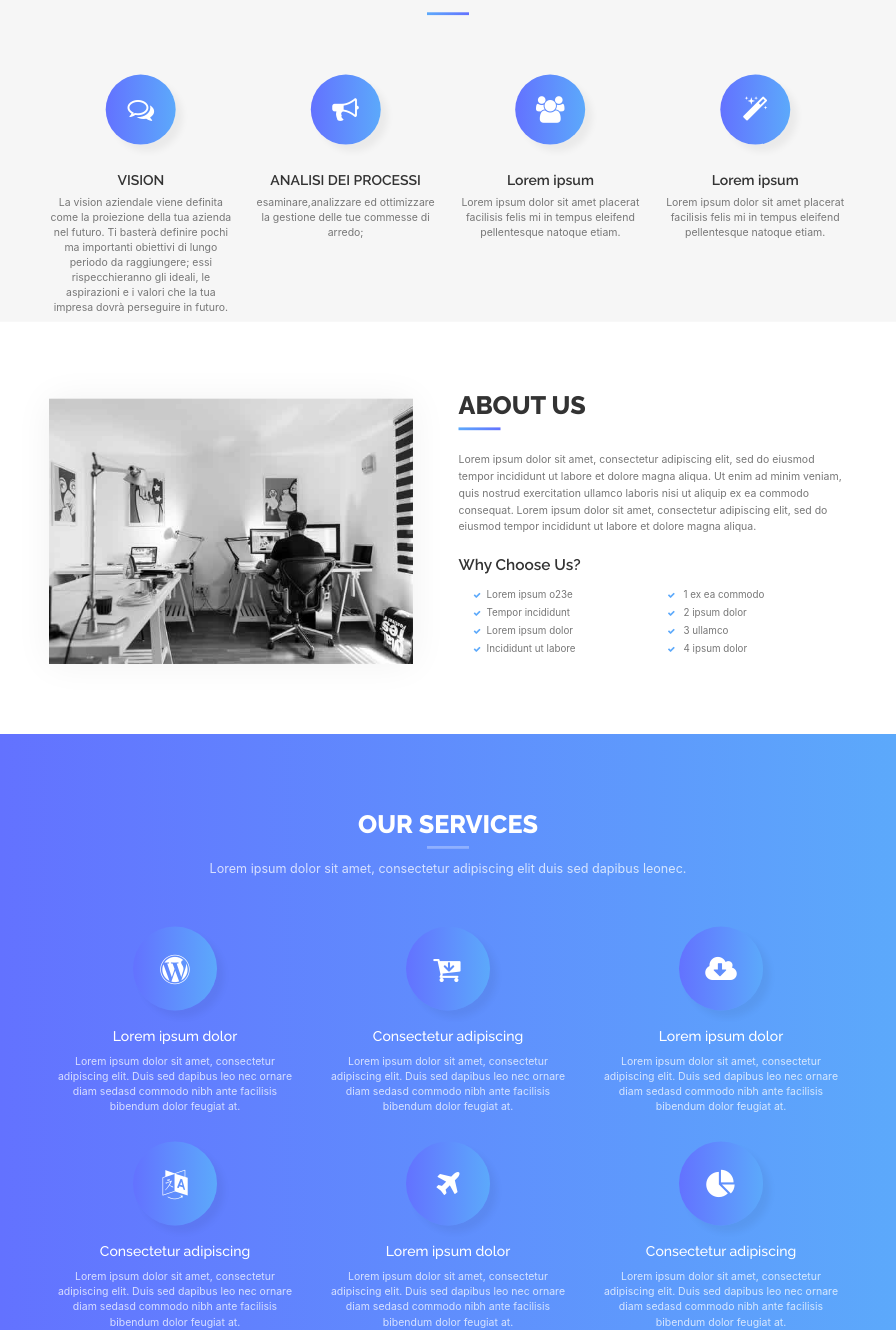
Repository: andrealepori/digitize-reactapp
Page: /
The author's editor kept a copy of each file at every save. The page is drawn from the files as they stood at one save, then again after a run of saves.
The browser window is 1280 px wide. The pictures show the part of the page from y = 1071 to 2971 px (the page is 5696 px tall), at 70% of full size.
The project was rebuilt for these pictures with package versions that can differ from the ones it lists, and the page was loaded fresh each time.

Above is the page before, as saved 2021-09-21 14:53:16.

### public/index.html
<head>
  <meta charset="utf-8" />
  <meta name="viewport" content="width=device-width, initial-scale=1" />
  <link rel="shortcut icon" href="img/favicon.ico" type="image/x-icon" />
  <link rel="apple-touch-icon" href="img/apple-touch-icon.png" />
  <link href="https://use.fontawesome.com/releases/v5.15.1/css/all.css" rel="stylesheet" />
  <link
    rel="apple-touch-icon"
    sizes="72x72"
    href="img/apple-touch-icon-72x72.png"
  />
  <link
    rel="apple-touch-icon"
    sizes="114x114"
    href="img/apple-touch-icon-114x114.png"
  />

  <link rel="stylesheet" type="text/css" href="css/bootstrap.css" />
  <link
    rel="stylesheet"
    type="text/css"
    href="fonts/font-awesome/css/font-awesome.css"
  />
  <link rel="stylesheet" type="text/css" href="css/style.css" />
  <link
    rel="stylesheet"
    type="text/css"
    href="css/nivo-lightbox/nivo-lightbox.css"
  />
  <link rel="stylesheet" type="text/css" href="css/nivo-lightbox/default.css" />
  <link
    href="https://fonts.googleapis.com/css?family=Open+Sans:300,400,600,700"
    rel="stylesheet"
  />
  <link
    href="https://fonts.googleapis.com/css?family=Lato:400,700"
    rel="stylesheet"
  />
  <link
    href="https://fonts.googleapis.com/css?family=Raleway:300,400,500,600,700,800,900"
    rel="stylesheet"
  />
  <title>DIGITIZE</title>
  <meta name="description" content="" />
  <meta name="author" content="@andrealepori" />
</head>

<body id="page-top" data-spy="scroll" data-target=".navbar-fixed-top">
  <div id="root"></div>




  <script type="text/javascript" src="js/jquery.1.11.1.js"></script>
  <script type="text/javascript" src="js/bootstrap.js"></script>
</body>

### src/App.jsx
import { useState, useEffect } from "react";
import { Navigation } from "./components/navigation";
import { Header } from "./components/header";
import { Features } from "./components/features";
import { About } from "./components/about";
import { Services } from "./components/services";
import { Gallery } from "./components/gallery";
import { Testimonials } from "./components/testimonials";
import { Team } from "./components/Team";
import { Contact } from "./components/contact";
import JsonData from "./data/data.json";
import SmoothScroll from "smooth-scroll";
import "./App.css";

export const scroll = new SmoothScroll('a[href*="#"]', {
  speed: 1000,
  speedAsDuration: true,
});

const App = () => {
  const [landingPageData, setLandingPageData] = useState({});
  useEffect(() => {
    setLandingPageData(JsonData);
  }, []);

  return (
    <div>
      <Navigation />
      <Header data={landingPageData.Header} />
      <Features data={landingPageData.Features} />
      <About data={landingPageData.About} />
      <Services data={landingPageData.Services} />
      <Gallery data={landingPageData.Gallery}/>
      <Testimonials data={landingPageData.Testimonials} />
      <Team data={landingPageData.Team} />
      <Contact data={landingPageData.Contact} />

    </div>
  );
};

export default App;

### src/components/navigation.jsx
export const Navigation = (props) => {
  return (
    <nav id='menu' className='navbar navbar-default navbar-fixed-top'>
      <div className='container'>
        <div className='navbar-header'>
          <button
            type='button'
            className='navbar-toggle collapsed'
            data-toggle='collapse'
            data-target='#bs-example-navbar-collapse-1'
          >
            {' '}
            <span className='sr-only'>Toggle navigation</span>{' '}
            <span className='icon-bar'></span>{' '}
            <span className='icon-bar'></span>{' '}
            <span className='icon-bar'></span>{' '}
          </button>

          <a className='navbar-brand page-scroll' href='#page-top'>

          </a>{' '}
        </div>

        <div
          className='collapse navbar-collapse'
          id='bs-example-navbar-collapse-1'
        >
          <img src="img/logo.png" width="17%" height="auto"></img>
          <ul className='nav navbar-nav navbar-right'>
            <li>
              <a href='#features' className='page-scroll'>
                Features
              </a>
            </li>
            <li>
              <a href='#about' className='page-scroll'>
                About
              </a>
            </li>
            <li>
              <a href='#services' className='page-scroll'>
                Services
              </a>
            </li>
            <li>
              <a href='#portfolio' className='page-scroll'>
                Gallery
              </a>
            </li>
            <li>
              <a href='#testimonials' className='page-scroll'>
                Testimonials
              </a>
            </li>
            <li>
              <a href='#team' className='page-scroll'>
                Team
              </a>
            </li>
            <li>
              <a href='#contact' className='page-scroll'>
                Contact
              </a>
            </li>
          </ul>
        </div>
      </div>
    </nav>
  )
}

### src/components/header.jsx
export const Header = (props) => {
  return (
    <header id='header'>
      <div className='intro'>
        <div className='overlay'>
          <div className='container'>
            <div className='row'>
              <div className='col-md-8 col-md-offset-2 intro-text'>
                <h1>
                  {props.data ? props.data.title : 'Loading'}
                  <span></span>
                </h1>
                <p>{props.data ? props.data.paragraph : 'Loading'}</p>
                <a
                  href='#features'
                  className='btn btn-custom btn-lg page-scroll'
                >
                  Learn More
                </a>{' '}
              </div>
            </div>
          </div>
        </div>
      </div>
    </header>
  )
}

### src/components/about.jsx
export const About = (props) => {
  return (
    <div id="about">
      <div className="container">
        <div className="row">
          <div className="col-xs-12 col-md-6">
            {" "}
            <img src="img/about.jpg" className="img-responsive" alt="" />{" "}
          </div>
          <div className="col-xs-12 col-md-6">
            <div className="about-text">
              <h2>About Us</h2>
              <p>{props.data ? props.data.paragraph : "loading..."}</p>
              <h3>Why Choose Us?</h3>
              <div className="list-style">
                <div className="col-lg-6 col-sm-6 col-xs-12">
                  <ul>
                    {props.data
                      ? props.data.Why.map((d, i) => (
                          <li key={`${d}-${i}`}>{d}</li>
                        ))
                      : "loading"}
                  </ul>
                </div>
                <div className="col-lg-6 col-sm-6 col-xs-12">
                  <ul>
                    {props.data
                      ? props.data.Why2.map((d, i) => (
                          <li key={`${d}-${i}`}> {d}</li>
                        ))
                      : "loading"}
                  </ul>
                </div>
              </div>
            </div>
          </div>
        </div>
      </div>
    </div>
  );
};

### src/components/services.jsx
export const Services = (props) => {
  return (
    <div id='services' className='text-center'>
      <div className='container'>
        <div className='section-title'>
          <h2>Our Services</h2>
          <p>
            Lorem ipsum dolor sit amet, consectetur adipiscing elit duis sed
            dapibus leonec.
          </p>
        </div>
        <div className='row'>
          {props.data
            ? props.data.map((d, i) => (
                <div key={`${d.name}-${i}`} className='col-md-4'>
                  {' '}
                  <i className={d.icon}></i>
                  <div className='service-desc'>
                    <h3>{d.name}</h3>
                    <p>{d.text}</p>
                  </div>
                </div>
              ))
            : 'loading'}
        </div>
      </div>
    </div>
  )
}

### src/components/gallery.jsx
import { Image } from "./image";

export const Gallery = (props) => {
  return (
    <div id='portfolio' className='text-center'>
      <div className='container'>
        <div className='section-title'>
          <h2>Gallery</h2>
          <p>
            Lorem ipsum dolor sit amet, consectetur adipiscing elit duis sed
            dapibus leonec.
          </p>
        </div>
        <div className='row'>
          <div className='portfolio-items'>
            {props.data
              ? props.data.map((d, i) => (
                <div key={`${d.title}-${i}`} className='col-sm-6 col-md-4 col-lg-4'>
                  <Image title={d.title} largeImage={d.largeImage} smallImage={d.smallImage} />
                </div>
              ))
              : 'Loading...'}
          </div>
        </div>
      </div>
    </div>
  )
}

### src/components/testimonials.jsx
export const Testimonials = (props) => {
  return (
    <div id='testimonials'>
      <div className='container'>
        <div className='section-title text-center'>
          <h2>What our clients say</h2>
        </div>
        <div className='row'>
          {props.data
            ? props.data.map((d, i) => (
                <div key={`${d.name}-${i}`} className='col-md-4'>
                  <div className='testimonial'>
                    <div className='testimonial-image'>
                      {' '}
                      <img src={d.img} alt='' />{' '}
                    </div>
                    <div className='testimonial-content'>
                      <p>"{d.text}"</p>
                      <div className='testimonial-meta'> - {d.name} </div>
                    </div>
                  </div>
                </div>
              ))
            : 'loading'}
        </div>
      </div>
    </div>
  )
}

### src/components/Team.jsx
export const Team = (props) => {
  return (
    <div id='team' className='text-center'>
      <div className='container'>
        <div className='col-md-8 col-md-offset-2 section-title'>
          <h2>Meet the Team</h2>
          <p>
            Lorem ipsum dolor sit amet, consectetur adipiscing elit duis sed
            dapibus leonec.
          </p>
        </div>
        <div id='row'>
          {props.data
            ? props.data.map((d, i) => (
                <div key={`${d.name}-${i}`} className='col-md-3 col-sm-6 team'>
                  <div className='thumbnail'>
                    {' '}
                    <img src={d.img} alt='...' className='team-img' />
                    <div className='caption'>
                      <h4>{d.name}</h4>
                      <p>{d.job}</p>
                    </div>
                  </div>
                </div>
              ))
            : 'loading'}
        </div>
      </div>
    </div>
  )
}

### src/components/contact.jsx
import { useState } from 'react'

import emailjs from 'emailjs-com'

const initialState = {
  name: '',
  email: '',
  message: '',
}
export const Contact = (props) => {
  const [{ name, email, message }, setState] = useState(initialState)

  const handleChange = (e) => {
    const { name, value } = e.target
    setState((prevState) => ({ ...prevState, [name]: value }))
  }
  const clearState = () => setState({ ...initialState })

  const handleSubmit = (e) => {
    e.preventDefault()
    console.log(name, email, message)
    emailjs
      .sendForm(
        'YOUR_SERVICE_ID', 'YOUR_TEMPLATE_ID', e.target, 'YOUR_USER_ID'
      )
      .then(
        (result) => {
          console.log(result.text)
          clearState()
        },
        (error) => {
          console.log(error.text)
        }
      )
  }
  return (

  <footer class="bg-light text-center text-white">

  <div className="container p-4 pb-0">



      <a clssName="btn btn-primary btn-floating m-1"

        href="#!"
        role="button"
        ><i className="fab fa-facebook-f"></i> </a>

      <a
        className="btn btn-primary btn-floating m-1"

        href="#!"
        role="button"
        ><i className="fab fa-twitter"></i></a>
      <a
        className="btn btn-primary btn-floating m-1"


        href="#!"
        role="button"
        ><i className="fab fa-google"></i></a>
      <a
        className="btn btn-primary btn-floating m-1"


        href="#!"
        role="button"
        ><i className="fab fa-instagram"></i></a>
      <a
        className="btn btn-primary btn-floating m-1"

        href="#!"
        role="button"
        ><i className="fab fa-linkedin-in"></i></a>
      <a
        className="btn btn-primary btn-floating m-1"

        href="#!"
        role="button"
        ><i className="fab fa-github"></i></a>
  </div>

</footer>
  )
}

### src/data/data.json
{
  "Header": {
    "title": "DIGITALIZZAZIONE DI IMPRESE ",
    "paragraph": "Digitalizzazione è sinonimo di miglioramento e velocizzazione dei processi aziendali, ma anche di dematerializzazione degli ambienti lavorativi e dei documenti d’impresa. Infatti, proprio come è accaduto in seguito all’emergenza Covid, molte realtà hanno sperimentato lo Smart Working e la gestione delle attività da remoto, mentre altre hanno aperto le porte del proprio business alla vendita online."
  },
  "About": {
    "paragraph": "Lorem ipsum dolor sit amet, consectetur adipiscing elit, sed do eiusmod tempor incididunt ut labore et dolore magna aliqua. Ut enim ad minim veniam, quis nostrud exercitation ullamco laboris nisi ut aliquip ex ea commodo consequat. Lorem ipsum dolor sit amet, consectetur adipiscing elit, sed do eiusmod tempor incididunt ut labore et dolore magna aliqua.",
    "Why": [
      "Lorem ipsum o23e",
      "Tempor incididunt",
      "Lorem ipsum dolor",
      "Incididunt ut labore"
    ],
    "Why2": [
      "1 ex ea commodo",
      "2 ipsum dolor",
      "3 ullamco",
      "4 ipsum dolor"
    ]
  },
  "Gallery": [
    {
      "title": "Project Title",
      "largeImage": "img/portfolio/01-large.jpg",
      "smallImage": "img/portfolio/01-small.jpg"
    },
    {
      "title": "Project Title",
      "largeImage": "img/portfolio/02-large.jpg",
      "smallImage": "img/portfolio/02-small.jpg"
    },
    {
      "title": "Project Title",
      "largeImage": "img/portfolio/03-large.jpg",
      "smallImage": "img/portfolio/03-small.jpg"
    },
    {
      "title": "Project Title",
      "largeImage": "img/portfolio/04-large.jpg",
      "smallImage": "img/portfolio/04-small.jpg"
    },
    {
      "title": "Project Title",
      "largeImage": "img/portfolio/05-large.jpg",
      "smallImage": "img/portfolio/05-small.jpg"
    },
    {
      "title": "Project Title",
      "largeImage": "img/portfolio/06-large.jpg",
      "smallImage": "img/portfolio/06-small.jpg"
    },
    {
      "title": "Project Title",
      "largeImage": "img/portfolio/07-large.jpg",
      "smallImage": "img/portfolio/07-small.jpg"
    },
    {
      "title": "Project Title",
      "largeImage": "img/portfolio/08-large.jpg",
      "smallImage": "img/portfolio/08-small.jpg"
    },
    {
      "title": "Project Title",
      "largeImage": "img/portfolio/09-large.jpg",
      "smallImage": "img/portfolio/09-small.jpg"
    }
  ],
  "Services": [
    {
      "icon": "fa fa-wordpress",
      "name": "Lorem ipsum dolor",
      "text": "Lorem ipsum dolor sit amet, consectetur adipiscing elit. Duis sed dapibus leo nec ornare diam sedasd commodo nibh ante facilisis bibendum dolor feugiat at."
    },
    {
      "icon": "fa fa-cart-arrow-down",
      "name": "Consectetur adipiscing",
      "text": "Lorem ipsum dolor sit amet, consectetur adipiscing elit. Duis sed dapibus leo nec ornare diam sedasd commodo nibh ante facilisis bibendum dolor feugiat at."
    },
    {
      "icon": "fa fa-cloud-download",
      "name": "Lorem ipsum dolor",
      "text": "Lorem ipsum dolor sit amet, consectetur adipiscing elit. Duis sed dapibus leo nec ornare diam sedasd commodo nibh ante facilisis bibendum dolor feugiat at."
    },
    {
      "icon": "fa fa-language",
      "name": "Consectetur adipiscing",
      "text": "Lorem ipsum dolor sit amet, consectetur adipiscing elit. Duis sed dapibus leo nec ornare diam sedasd commodo nibh ante facilisis bibendum dolor feugiat at."
    },
    {
      "icon": "fa fa-plane",
      "name": "Lorem ipsum dolor",
      "text": "Lorem ipsum dolor sit amet, consectetur adipiscing elit. Duis sed dapibus leo nec ornare diam sedasd commodo nibh ante facilisis bibendum dolor feugiat at."
    },
    {
      "icon": "fa fa-pie-chart",
      "name": "Consectetur adipiscing",
      "text": "Lorem ipsum dolor sit amet, consectetur adipiscing elit. Duis sed dapibus leo nec ornare diam sedasd commodo nibh ante facilisis bibendum dolor feugiat at."
    }
  ],
  "Testimonials": [
    {
      "img": "img/testimonials/01.jpg",
      "text": "\"Lorem ipsum dolor sit amet, consectetur adipiscing elit. Duis sed dapibus leo nec ornare diam sedasd commodo nibh ante facilisis bibendum dolor feugiat at.\"",
      "name": "John Doe"
    },
    {
      "img": "img/testimonials/02.jpg",
      "text": "\"Lorem ipsum dolor sit amet, consectetur adipiscing elit. Duis sed dapibus leo nec ornare diam sedasd commodo nibh ante facilisis bibendum dolor feugiat at.\"",
      "name": "Johnathan Doe"
    },
    {
      "img": "img/testimonials/03.jpg",
      "text": "\"Lorem ipsum dolor sit amet, consectetur adipiscing elit. Duis sed dapibus leo nec ornare diam sedasd commodo nibh ante facilisis bibendum dolor feugiat at.\"",
      "name": "John Doe"
    },
    {
      "img": "img/testimonials/04.jpg",
      "text": "\"Lorem ipsum dolor sit amet, consectetur adipiscing elit. Duis sed dapibus leo nec ornare diam sedasd commodo nibh ante facilisis bibendum dolor feugiat at.\"",
      "name": "Johnathan Doe"
    },
    {
      "img": "img/testimonials/05.jpg",
      "text": "\"Lorem ipsum dolor sit amet, consectetur adipiscing elit. Duis sed dapibus leo nec ornare diam sedasd commodo nibh ante facilisis bibendum dolor feugiat at.\"",
      "name": "John Doe"
    },
    {
      "img": "img/testimonials/06.jpg",
      "text": "\"Lorem ipsum dolor sit amet, consectetur adipiscing elit. Duis sed dapibus leo nec ornare diam sedasd commodo nibh ante facilisis bibendum dolor feugiat at.\"",
      "name": "Johnathan Doe"
    }
  ],
  "Team": [
    {
      "img": "img/team/01.jpg",
      "name": "John Doe",
      "job": "Director"
    },
    {
      "img": "img/team/02.jpg",
      "name": "Mike Doe",
      "job": "Senior Designer"
    },
    {
      "img": "img/team/03.jpg",
      "name": "Jane Doe",
      "job": "Senior Designer"
    },
    {
      "img": "img/team/04.jpg",
      "name": "Karen Doe",
      "job": "Project Manager"
    }
  ],
  "Contact": {
    "address": "4321 California St, San Francisco, CA 12345 ",
    "phone": "+1 123 456 1234",
    "email": "info@company.com",
    "facebook": "fb.com",
    "twitter": "twitter.com",
    "youtube": "youtube.com"
  },
  "Features": [
    {
      "icon": "fa fa-comments-o",
      "title": "VISION",
      "text": "La vision aziendale viene definita come la proiezione della tua azienda nel futuro. Ti basterà definire pochi ma importanti obiettivi di lungo periodo da raggiungere; essi rispecchieranno gli ideali, le aspirazioni e i valori che la tua impresa dovrà perseguire in futuro. "
    },
    {
      "icon": "fa fa-bullhorn",
      "title": "ANALISI DEI PROCESSI",
      "text": "esaminare,analizzare ed ottimizzare la gestione delle tue commesse di arredo;"
    },
    {
      "icon": "fa fa-group",
      "title": "Lorem ipsum",
      "text": "Lorem ipsum dolor sit amet placerat facilisis felis mi in tempus eleifend pellentesque natoque etiam."
    },
    {
      "icon": "fa fa-magic",
      "title": "Lorem ipsum",
      "text": "Lorem ipsum dolor sit amet placerat facilisis felis mi in tempus eleifend pellentesque natoque etiam."
    }
  ]
}

### public/css/nivo-lightbox/default.css
/*
 * Nivo Lightbox Default Theme v1.0
 * http://dev7studios.com/nivo-lightbox
 *
 * Copyright 2013, Dev7studios
 * Free to use and abuse under the MIT license.
 * http://www.opensource.org/licenses/mit-license.php
 */

 .nivo-lightbox-theme-default * {
    -webkit-box-sizing: initial !important;
    -moz-box-sizing: initial !important;
    box-sizing: initial !important;
 }
.nivo-lightbox-theme-default.nivo-lightbox-overlay {
	background: #666;
	background: rgba(0,0,0,0.6);
}
.nivo-lightbox-theme-default .nivo-lightbox-content.nivo-lightbox-loading { background: url(loading.gif) no-repeat 50% 50%; }

.nivo-lightbox-theme-default .nivo-lightbox-nav {
	top: 10%;
	width: 8%;
	height: 80%;
	text-indent: -9999px;
	background-repeat: no-repeat;
	background-position: 50% 50%;
	opacity: 0.5;
}
.nivo-lightbox-theme-default .nivo-lightbox-nav:hover {
	opacity: 1;
	background-color: transparent;
}
.nivo-lightbox-theme-default .nivo-lightbox-prev {
	background-image: url(prev.png);
	border-radius: 0 3px 3px 0;
}
.nivo-lightbox-theme-default .nivo-lightbox-next {
	background-image: url(next.png);
	border-radius: 3px 0 0 3px;
}

.nivo-lightbox-theme-default .nivo-lightbox-close {
	display: block;
	background: url(close.png) no-repeat 5px 5px;
	width: 16px;
	height: 16px;
	text-indent: -9999px;
	padding: 5px;
	opacity: 0.5;
}
.nivo-lightbox-theme-default .nivo-lightbox-close:hover { opacity: 1; }

.nivo-lightbox-theme-default .nivo-lightbox-title-wrap { bottom: -7%; }
.nivo-lightbox-theme-default .nivo-lightbox-title {
	font: 14px/20px 'Helvetica Neue', Helvetica, Arial, sans-serif;
	font-style: normal;
	font-weight: normal;
	background: #000;
	color: #fff;
	padding: 7px 15px;
	border-radius: 30px;
}

.nivo-lightbox-theme-default .nivo-lightbox-image img {
	background: #fff;
	-webkit-box-shadow: 0px 1px 1px rgba(0,0,0,0.4);
	   -moz-box-shadow: 0px 1px 1px rgba(0,0,0,0.4);
	        box-shadow: 0px 1px 1px rgba(0,0,0,0.4);
}
.nivo-lightbox-theme-default .nivo-lightbox-ajax,
.nivo-lightbox-theme-default .nivo-lightbox-inline {
	background: #fff;
	padding: 40px;
	-webkit-box-shadow: 0px 1px 1px rgba(0,0,0,0.4);
	   -moz-box-shadow: 0px 1px 1px rgba(0,0,0,0.4);
	        box-shadow: 0px 1px 1px rgba(0,0,0,0.4);
}

@media (-webkit-min-device-pixel-ratio: 1.3),
       (-o-min-device-pixel-ratio: 2.6/2),
       (min--moz-device-pixel-ratio: 1.3),
       (min-device-pixel-ratio: 1.3),
       (min-resolution: 1.3dppx) {

	.nivo-lightbox-theme-default .nivo-lightbox-content.nivo-lightbox-loading {
		background-image: url(loading@2x.gif);
		background-size: 32px 32px;
	}
	.nivo-lightbox-theme-default .nivo-lightbox-prev {
		background-image: url(prev@2x.png);
		background-size: 48px 48px;
	}
	.nivo-lightbox-theme-default .nivo-lightbox-next {
		background-image: url(next@2x.png);
		background-size: 48px 48px;
	}
	.nivo-lightbox-theme-default .nivo-lightbox-close {
		background-image: url(close@2x.png);
		background-size: 16px 16px;
	}

}

Loaded but not shown: src/index.js (common file); src/index.css (common file); src/serviceWorker.js (common file); src/components/features.jsx (common file); src/App.css (common file); src/components/image.jsx (common file); public/css/bootstrap.css (library); public/fonts/font-awesome/css/font-awesome.css (library); public/js/jquery.1.11.1.js (library); public/js/bootstrap.js (library); public/css/style.css (607 lines, source omitted); public/css/nivo-lightbox/nivo-lightbox.css (205 lines, source omitted)

After the next 2 saves:
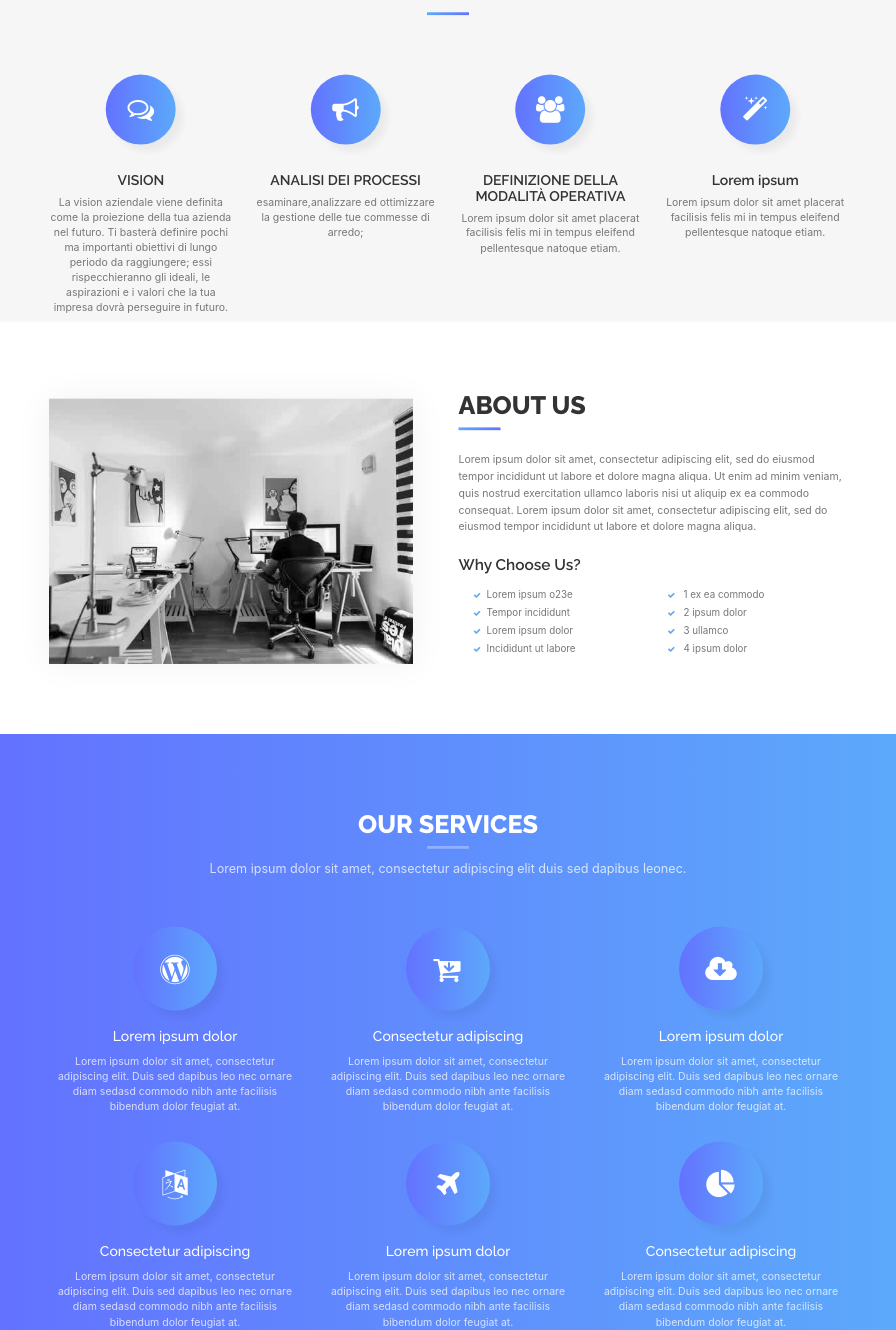
The 2 saves are shown as one change because they came seconds apart.
The last was saved 18 s later.
--- a/src/data/data.json
+++ b/src/data/data.json
@@ -172,7 +172,7 @@
     },
     {
       "icon": "fa fa-group",
-      "title": "Lorem ipsum",
+      "title": "DEFINIZIONE DELLA MODALITÀ OPERATIVA",
       "text": "Lorem ipsum dolor sit amet placerat facilisis felis mi in tempus eleifend pellentesque natoque etiam."
     },
     {
